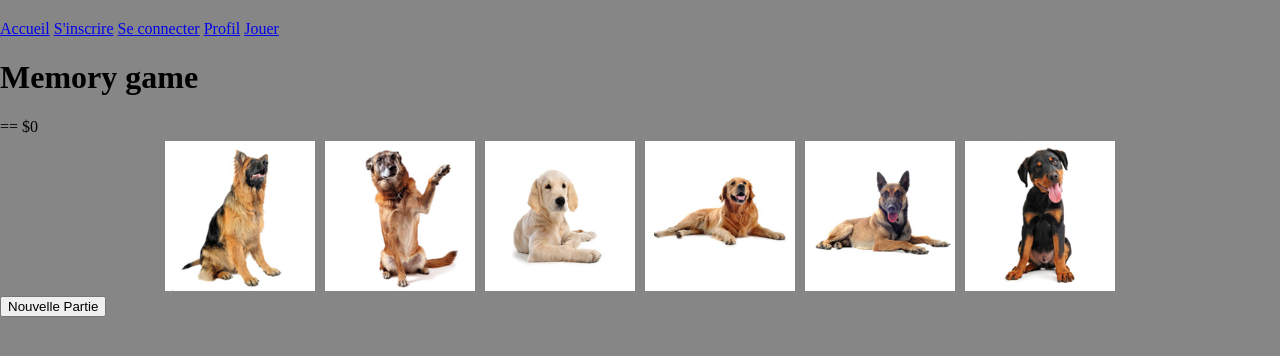
Repository: Ludmilla06/memory-game
Page: game.html
The author's editor kept a copy of each file at every save. The page is drawn from the files as they stood at one save, then again after the next save.
The browser window is 1280 px wide. The pictures show the whole page.

Above is the page before, as saved 2025-10-22 09:41:30.

After the next save:
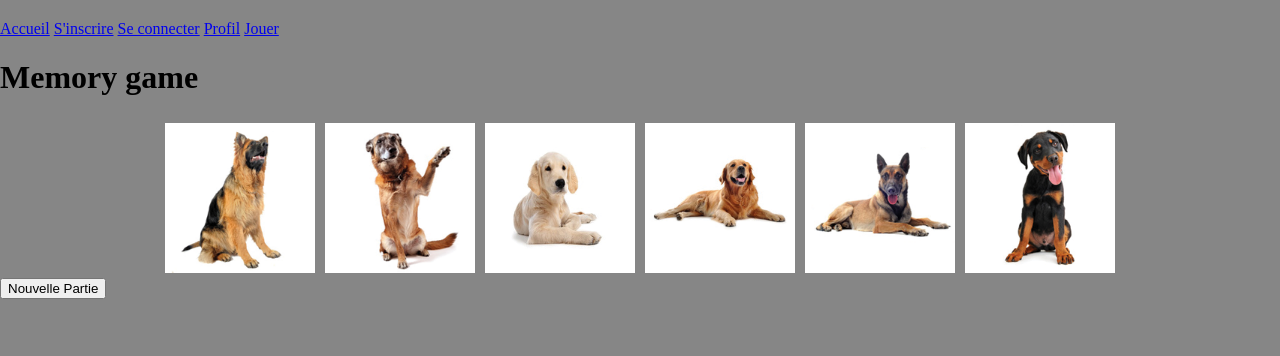
Saved 90 s later.
--- a/game.html
+++ b/game.html
@@ -18,7 +18,7 @@
     </nav>
     <h1>Memory game</h1>
     <div id="game">
-      <section class="grid"></section> == $0
+      <section class="grid"></section>
     </div>
     <button id="reset-btn">Nouvelle Partie</button>
     <script type="module" src="js/game.js"></script>
